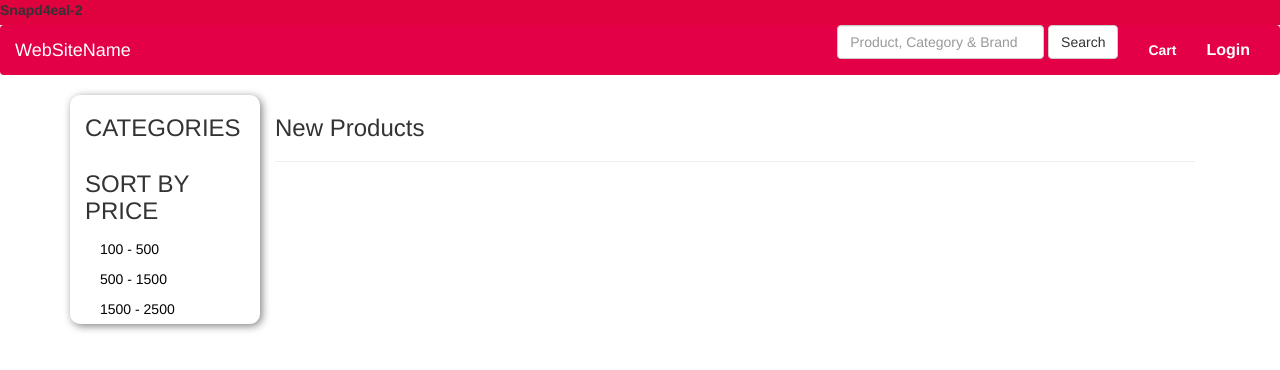
Repository: Aryans26/project
Page: http://localhost/frontend/WEB-INF/views/index.jsp
An editor plug-in stored every save of this project. The page is shown before and after the next save, followed by the edit.
The browser window is 1280 px wide. The pictures show the whole page.
Some web libraries are served in a nearby version. The page is served by Tomcat 9. Nobody is signed in. The template is opened directly, without the code that normally fills it, so the values that code supplies are empty.

Above is the page before, as saved 2017-06-20 11:03:15.

After the next save:
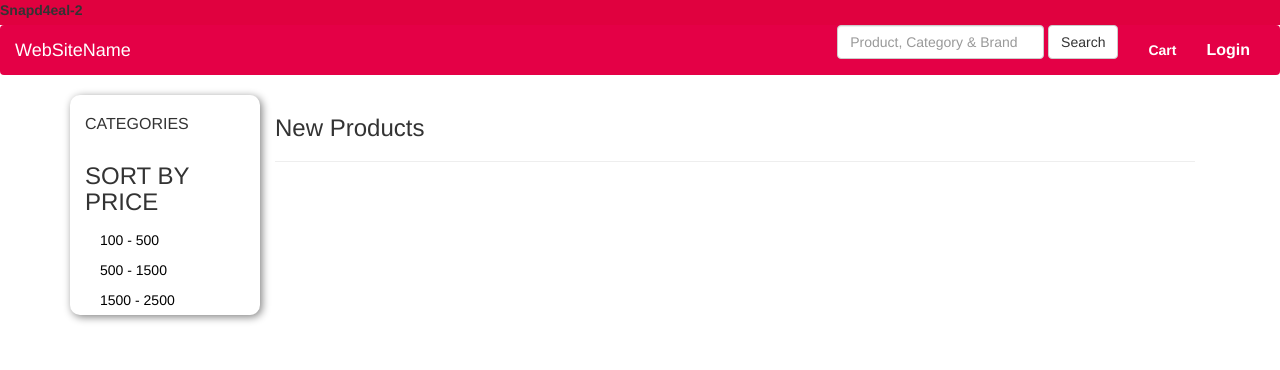
Saved 30 s later.
--- a/frontend/src/main/webapp/resource/css/style.css
+++ b/frontend/src/main/webapp/resource/css/style.css
@@ -126,3 +126,8 @@
 	border-radius:10px;
 	box-shadow:2px 2px 8px grey;
 }
+
+.list-head{
+	font-size:16px;
+
+}
